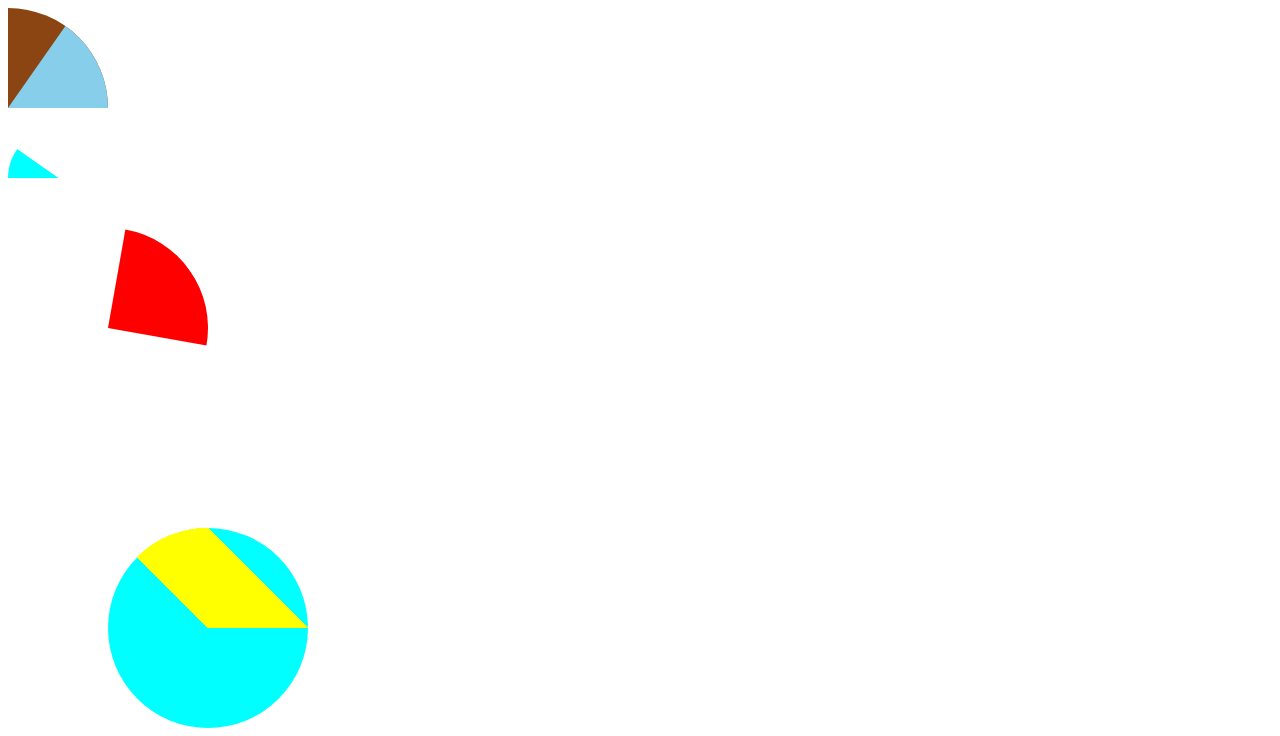
Repository: MMXiaohang/frontend-interview-coding
Page: 56.扇形.html
The author's editor kept a copy of each file at every save. The page is drawn from the files as they stood at one save, then again after the next save.
The browser window is 1280 px wide. The pictures show the whole page.

Above is the page before, as saved 2022-08-14 10:38:16.

### 56.扇形.html
<!DOCTYPE html>
<html lang="en">
<head>
    <meta charset="UTF-8">
    <meta http-equiv="X-UA-Compatible" content="IE=edge">
    <meta name="viewport" content="width=device-width, initial-scale=1.0">
    <title>扇形</title>
    <style>
        #div{
            width: 100px;
            height: 100px;
            position: relative;
            background: transparent;
            overflow: hidden;
            /* transform: rotate(-45deg); */
        }

        #circle{
            position: absolute;
            right: 0;
            top: 0;
            width: 200px;
            height: 200px;
            border-radius: 50%;
            background-color: saddlebrown;
            overflow: hidden;
        }

        #d1{
            transform: skewX(145deg);
            transform-origin: 0 100%;
            position: absolute;
            right: 0;
            top: 0;
            background-color: skyblue;
            width: 100px;
            height: 100px;
        }

        .container{
            width: 100px;
            height: 100px;
            margin-top: 20px;
            background-color: transparent;
        }

        .c1{
            width: 100px;
            height: 50px;
            background-color: aqua;
            border-radius: 50px 50px 0 0;
        }

        .c2{
            width: 101px;
            height: 51px;
            background-color: white;
            border-radius: 0 0 50px 50px;
            transform: rotate(-145deg);
            transform-origin: center top;
        }

        .semicircle{
            width: 0;
            height: 0;
            border: 100px solid red;
            border-radius: 50%;
            border-color: transparent transparent transparent red;
            transform: rotateZ(145deg);
            margin-bottom: 100px;
        }

        .pie{
            margin-top: 100px;
            margin-left: 100px;
            height: 200px;
            width: 200px;
            border-radius: 50%;
            position: relative;
            overflow: hidden;
            background-color: aqua;
        }

        .slice{
            width: 100px;
            height: 100px;
            position:absolute;
            top: 0;
            right: 0;
            transform: skewX(45deg);
            transform-origin: 0 100%;
            background-color: yellow;
        }
    </style>
</head>
<body>
    <div id="div">
        <div id="circle">
            <div id="d1"></div>
        </div>
    </div>


    <div class="container">
        <div class="c1"></div>
        <div class="c2"></div>
    </div>

    <div class="semicircle"></div>

    <div class="pie">
        <div class="slice slice-one"></div>
        <div class="slice slice-two"></div>
        <div class="slice slice-three"></div>
        <div class="slice slice-four"></div>
        <div class="slice slice-five"></div>
        <div class="slice slice-six"></div>
    </div>
</body>
</html>

After the next save:
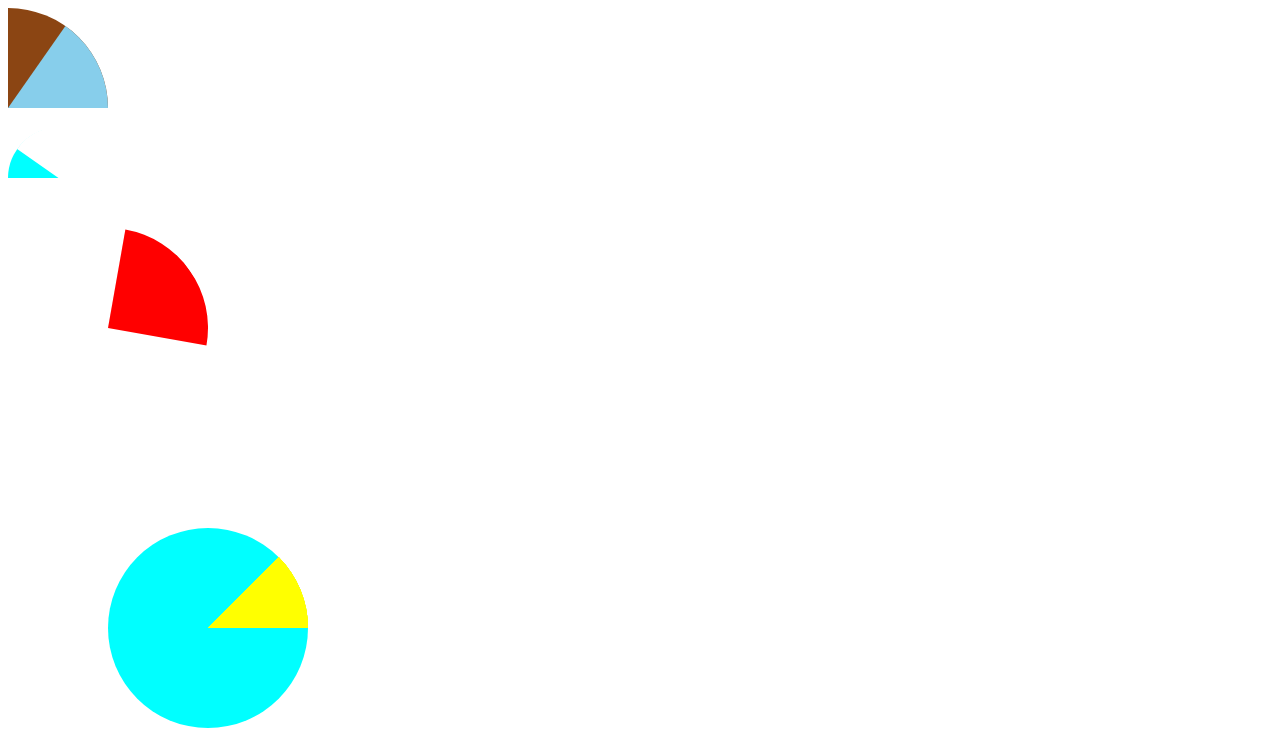
Saved 9 s later.
--- a/56.扇形.html
+++ b/56.扇形.html
@@ -87,7 +87,7 @@
             position:absolute;
             top: 0;
             right: 0;
-            transform: skewX(45deg);
+            transform: skewX(-45deg);
             transform-origin: 0 100%;
             background-color: yellow;
         }
